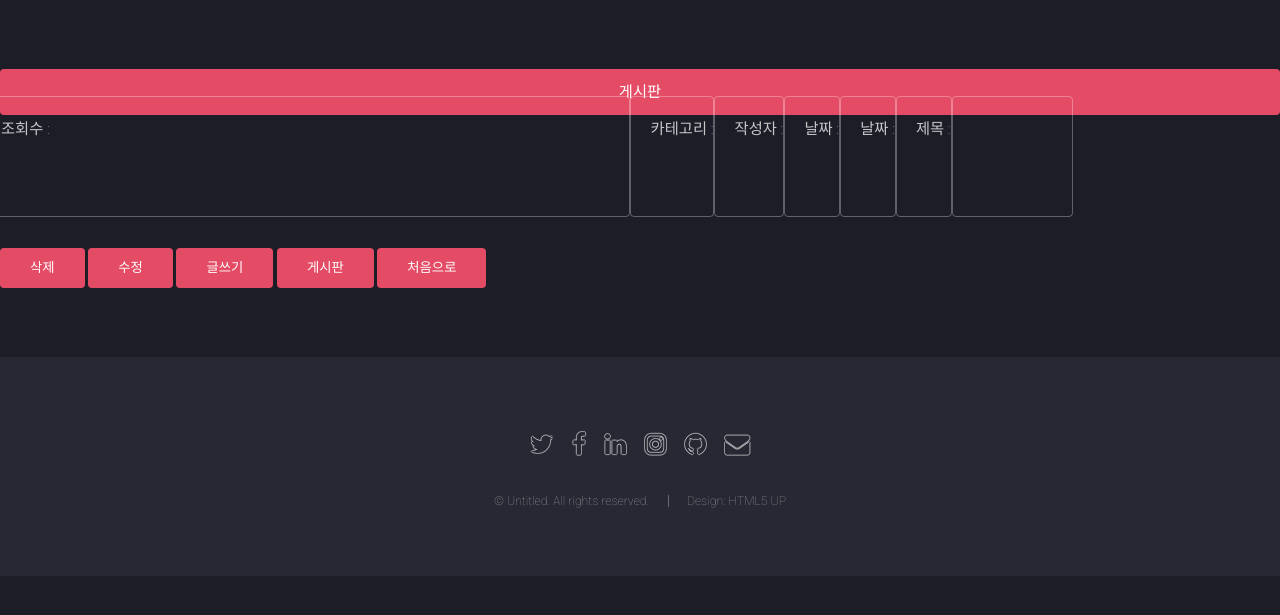
Repository: worMholEamkim/SpringEX
Page: http://localhost/bbs/bbsview.do
These files come from the project's save history. The page is drawn as it stood at one moment and after the next save; the edit follows.
The browser window is 1280 px wide. The pictures show the whole page.
The page is served by Tomcat 9. Other server files are loaded and not shown. Queries for data that is not in the repository find no rows.

Above is the page before, as saved 2019-03-18 01:34:42.

### JSP_WepPage_Server-master.zip_expanded/JSP_WepPage_Server-master/bbs/WebContent/WEB-INF/bbsview.jsp
<%-- <%@ page language="java" contentType="text/html; charset=UTF-8"
	pageEncoding="UTF-8"%>
<%@ taglib prefix="c" uri="http://java.sun.com/jsp/jstl/core"%>

<!DOCTYPE html>
<html lang="en">
<head>
<title>게시판 볼거야 야무지게</title>
<meta charset="utf-8">
		<meta charset="utf-8" />
		<meta name="viewport" content="width=device-width, initial-scale=1, user-scalable=no" />
		<link rel="stylesheet" href="assets/css/main.css" />
</head>
<body class="is-preload">
	<%
		String sessionID = null;
		if (session.getAttribute("sessionID") != null) {
			sessionID = (String) session.getAttribute("sessionID");
		}
	%>
	<div class="table-wrapper">

		<div class="w3-panel">
				<thead>
						<h3 class="button primary fit">게시판</h3>
						<td width=25%>조회수: ${bbsview.bbsHit}</td>
						<td width=25%>카테고리	: ${bbsview.bbsCategory}</td>
						<td width=25%>작성자: ${bbsview.id}</td>
						<td width=25%>날짜: ${bbsview.bbsDate}</td>
					</tr>
				</thead>
				<tbody>
					<tr>
						<td colspan="4">
							<button class="w3-button w3-block w3-button w3-black">제목
								: ${bbsview.bbsTitle}</button>
						</td>
					</tr>

					<tr>
						<td colspan="4">
							<div class="w3-panel">
								<p style="background-color: black; color: white; font-size: 20px; line-height:2; padding: 50px 50px;">
									${bbsview.bbsContent}</p>
							</div>
						</td>
					</tr>
					<tr>
					</tr>
					<tr>
						<td colspan="4">
							<div class="w3-panel">
								<c:forEach var="item" items="${files}" >
									<a href="bbsFile.do?id=${item.fileId}" target="_blank">${item.orgn_File_Nm}
									</a>
								</c:forEach>
							</div>
						</td>
					</tr>

					<tr>
						<td></td>
						<c:choose>
							<c:when test="${bbsview.id ==sessionID}">
								<td>
									<button class="w3-button w3-block w3-button w3-red">

										<a href="bbsdelete.do?id=${bbsview.bbsId}">삭제</a>

									</button>
								</td>
								<td>
									<button class="w3-button w3-block w3-button w3-black">

										<a href="bbsupdate.do?id=${bbsview.bbsId}">수정</a>

									</button>
								</td>
							</c:when>
							<c:otherwise>
								<td>
									<button class="w3-button w3-block w3-button w3-red">
										삭제x</button>
								</td>
								<td>
									<button class="w3-button w3-block w3-button w3-black">
										수정x</button>
								</td>
							</c:otherwise>
						</c:choose>
						<td>
							<button class="w3-button w3-block w3-button w3-indigo">
								<a href='bbsupload2.do'>글쓰기</a>
							</button>
						</td>
					</tr>
				</tbody>
				<tfoot>
					<tr>
						<td>
						</td>

						<td colspan="2">
							<button class="w3-button w3-block w3-button w3-indigo">
								<a href='bbs.do'>게시판</a>
							</button>
						</td>

						<td>
						</td>
					</tr>

					<tr>
						<td colspan="4">
							<button class="w3-button w3-block w3-button w3-black">
								<a href='home.do'>처음으로</a>
							</button>
						</td>
					</tr>
					<tr>
						<td colspan="2"></td>
						<td colspan="2" align="right">
<!-- 							<div style="display: inline-block; width: 100%;"> -->
<!-- 								<form> -->
<!-- 									<input type="text" name="commentContent" -->
<!-- 										style="width: 90%; padding: 12px 20px; margin: 8px 0; box-sizing: border-box; border: 2px solid glay; outline: none;"> -->

<!-- 									<button type="submit" -->
<!-- 										class="w3-button w3-block w3-button w3-red" -->
<!-- 										style="width: 40%;"> -->
										<a href='bbscomment.do?id=${bbsview.bbsId}'>댓글달기</a>
<!-- 									</button> -->
<!-- 								</form> -->
<!-- 							</div> -->
						</td>
					</tr>
				</tfoot>
			</table>
		</div>
	</div>
</body>
</html> --%>
<%@ page language="java" contentType="text/html; charset=UTF-8"
	pageEncoding="UTF-8"%>
<%@ taglib prefix="c" uri="http://java.sun.com/jsp/jstl/core"%>

<!DOCTYPE html>
<html lang="en">
<head>
<title>게시판 볼거야 야무지게</title>
<meta charset="utf-8">
		<meta charset="utf-8" />
		<meta name="viewport" content="width=device-width, initial-scale=1, user-scalable=no" />
		<link rel="stylesheet" href="assets/css/main.css" />
<style>

	box {
		transition: border-color 0.2s ease-in-out;
	    background: transparent;
	    border-radius: 4px;
	    border: solid 1px rgba(255, 255, 255, 0.3);
	    color: inherit;
	    display: block;
	    outline: 0;
	    padding: 10px;
	    margin: 20px;
	    text-decoration: none;
	    width: 100%;

	}
	a {
		color:white;
		text-decoration:none;
		border-bottom-color:transparent;
	}

	bl {
		display:block;

	}
</style>

</head>
<body class="is-preload">
	<%
		String sessionID = null;
		if (session.getAttribute("sessionID") != null) {
			sessionID = (String) session.getAttribute("sessionID");
		}
	%>
	<div class="wrapper style1">


							<section>

								<form>
								<botton class="button primary fit">게시판</botton>
									<div class="row gtr-uniform gtr-50">


										<div class="box col-6">
											조회수 : ${bbsview.bbsHit}
										</div>
										<div class="box">
											카테고리 : ${bbsview.bbsCategory}
										</div>
										<div class="box">
											작성자 : ${bbsview.id}
										</div>
										<div class="box">
											날짜 : ${bbsview.bbsDate}
										</div>
										<div class="box">
											날짜 : ${bbsview.bbsDate}
										</div>
										<div class="box">
											제목 : ${bbsview.bbsTitle}
										</div>
										<blockquote class="box">
										<div class="col-12">
											<p style=" font-size: 20px; line-height:2; padding: 50px 50px;">
										${bbsview.bbsContent}</p>
										</div>
								</blockquote>
										<div class="row">
											<c:forEach var="item" items="${files}" >
												<a href="bbsFile.do?id=${item.fileId}" target="_blank">${item.orgn_File_Nm}
												파일경로</a>
											</c:forEach>
										</div>

									</div>

									<div>
										<c:choose>
											<c:when test="${bbsview.id ==sessionID}">

											<button class="button primary">

												<a href="bbsdelete.do?id=${bbsview.bbsId}">삭제</a>

											</button>


									<button class="button primary">

										<a href="bbsupdate.do?id=${bbsview.bbsId}">수정</a>

									</button>

							</c:when>
							<c:otherwise>

									<button class="button primary">
										삭제x</button>


									<button class="button primary">
										수정x</button>

							</c:otherwise>
						</c:choose>

								</form>
	<td>
							<button class="button primary">
								<a href='bbsupload2.do'>글쓰기</a>
							</button>
						</td>
					</tr>
				</tbody>
				<tfoot>
					<tr>
						<td>
						</td>

						<td colspan="2">
							<button class="button primary">
								<a href='bbs.do'>게시판</a>
							</button>
						</td>

						<td>
						</td>
					</tr>

					<tr>

							<button class="button primary">
								<a href='home.do'>처음으로</a>
							</button>

					</tr>
							</section>


		</div>
				<footer id="footer">
					<ul class="icons">
						<li><a href="#" class="icon alt fa-twitter"><span class="label">Twitter</span></a></li>
						<li><a href="#" class="icon alt fa-facebook"><span class="label">Facebook</span></a></li>
						<li><a href="#" class="icon alt fa-linkedin"><span class="label">LinkedIn</span></a></li>
						<li><a href="#" class="icon alt fa-instagram"><span class="label">Instagram</span></a></li>
						<li><a href="#" class="icon alt fa-github"><span class="label">GitHub</span></a></li>
						<li><a href="#" class="icon alt fa-envelope"><span class="label">Email</span></a></li>
					</ul>
					<ul class="copyright">
						<li>&copy; Untitled. All rights reserved.</li><li>Design: <a href="http://html5up.net">HTML5 UP</a></li>
					</ul>
				</footer>

### JSP_WepPage_Server-master.zip_expanded/JSP_WepPage_Server-master/bbs/src/com/jsp/controller/BbsViewController.java
package com.jsp.controller;

import java.io.IOException;
import java.util.List;

import javax.servlet.RequestDispatcher;
import javax.servlet.ServletException;
import javax.servlet.http.HttpServlet;
import javax.servlet.http.HttpServletRequest;
import javax.servlet.http.HttpServletResponse;

import com.jsp.dao.BbsDao;
import com.jsp.dao.BbsFileDao;
import com.jsp.dto.BbsDto;
import com.jsp.dto.BbsFileDto;

public class BbsViewController extends HttpServlet {

	@Override
	protected void doGet(HttpServletRequest req, HttpServletResponse resp) throws ServletException, IOException {
		process(req, resp);
	}

	@Override
	protected void doPost(HttpServletRequest req, HttpServletResponse resp) throws ServletException, IOException {
		process(req, resp);
	}

	private void process(HttpServletRequest req, HttpServletResponse resp) throws ServletException, IOException {

		// bbsview에서 id에 넘긴 글번호 수가 넘어옴
		String bbsId = req.getParameter("id");
		BbsDao bbsDao = BbsDao.getInstance();
		BbsDto bbsDto = new BbsDto();
		int result = bbsDao.hitUpdate(bbsId);
		bbsDto = bbsDao.selectById(bbsId);
		// bbsId 확인
		//System.out.println("컨트롤러에서 id =" + bbsId);
		// bbsDto 확인
		//System.out.println("컨트롤러에서 " + bbsDto.toString());
		req.setAttribute("bbsview", bbsDto);


		BbsFileDao bbsfDao = BbsFileDao.getInstance();
		List<BbsFileDto> files = bbsfDao.selectByBbsId(bbsId);
		//
		System.out.println("컨트롤러에서 files " + files);
		req.setAttribute("files", files);
		RequestDispatcher rd = req.getRequestDispatcher("/WEB-INF/bbsview.jsp");
		rd.forward(req, resp);
	}
}

### JSP_WepPage_Server-master.zip_expanded/JSP_WepPage_Server-master/bbs/src/com/jsp/dao/BbsDao.java
package com.jsp.dao;

import java.sql.Connection;
import java.sql.DriverManager;
import java.sql.PreparedStatement;
import java.sql.ResultSet;
import java.sql.SQLException;
import java.util.ArrayList;
import java.util.List;

import com.jsp.dto.BbsDto;

public class BbsDao {

	private static BbsDao bbsDao;
	private Connection conn;
	private PreparedStatement pstmt;
	private int result;
	private ResultSet rs;
	private List<BbsDto> bbsList;


	private BbsDao() {
	}



	public static synchronized BbsDao getInstance() {
		if(bbsDao == null) {
			bbsDao = new BbsDao();
	}
		return bbsDao;
	}
	public Connection getConnect() {
		String url = "jdbc:oracle:thin:@localhost:1521:xe";
		String id = "BIG";
		String pw ="1234";
		try {
			Class.forName("core.log.jdbc.driver.OracleDriver");
			conn = DriverManager.getConnection(url, id, pw);

		} catch(ClassNotFoundException e) {
			e.printStackTrace();
		} catch(SQLException e) {
			e.printStackTrace();
		}
		return conn;
	}

	public BbsDto selectById(String id) {

		// id 확인
		//System.out.println("dao에서 id = " + id);
		BbsDto bbsDto = new BbsDto();
		//System.out.println("왜");
		conn = this.getConnect();
		//System.out.println("에러가난거야 쉬뱌ㅠㅠ");

		StringBuffer query = new StringBuffer();
		query.append("SELECT *");
		query.append(" FROM BBS");
		query.append(" WHERE BBSID=? ");

		try {
			//System.out.println("양심적으로 try문은 들어가야지?");
			pstmt = conn.prepareStatement(query.toString());
			pstmt.setString(1, id);

			//System.out.println("설마 여긴가?");
			rs = pstmt.executeQuery();
			// rs 확인
			//System.out.println("dao에서 " + rs);
			while (rs.next()) {

				bbsDto.setId(rs.getString("ID"));
				bbsDto.setBbsId(rs.getString("BBSID"));
				bbsDto.setBbsTitle(rs.getString("BBSTITLE"));
				bbsDto.setBbsDate(rs.getString("BBSDATE"));
				bbsDto.setBbsCategory(rs.getString("BBSCATEGORY"));
				bbsDto.setBbsContent(rs.getString("BBSCONTENT"));
				bbsDto.setBbsHit(rs.getString("BBSHIT"));
				//System.out.println(bbsDto.toString());
			}
		} catch (SQLException e) {

		} finally {
			this.close(conn, pstmt, null);
		}
		return bbsDto;
	}


	public BbsDto selectBeforeById(String id) {

		BbsDto bbsDto = new BbsDto();
		conn = this.getConnect();
		StringBuffer query = new StringBuffer();

		query.append("SELECT * FROM BBS WHERE BBSID IN ");
		query.append(" ((SELECT MAX(BBSID) FROM BBS ");
		query.append(" WHERE BBSID < ? ))");
		try {
			pstmt = conn.prepareStatement(query.toString());
			pstmt.setString(1, id);
			rs = pstmt.executeQuery();

			while(rs.next()) {
				bbsDto.setId(rs.getString("ID"));
				bbsDto.setBbsId(rs.getString("BBSID"));
				bbsDto.setBbsTitle(rs.getString("BBSTITLE"));
				bbsDto.setBbsDate(rs.getString("BBSDATE"));
				bbsDto.setBbsCategory(rs.getString("BBSCATEGORY"));
				bbsDto.setBbsContent(rs.getString("BBSCONTENT"));
				bbsDto.setBbsHit(rs.getString("BBSHIT"));
			}
		} catch (SQLException e) {

		} finally {
			this.close(conn, pstmt, null);
		}
		return bbsDto;
	}


	public BbsDto selectAfterById(String id) {

		BbsDto	bbsDto = new BbsDto();
		conn = this.getConnect();
		StringBuffer query = new StringBuffer();

		query.append("SELECT * FROM BBS WHERE BBSID IN ");
		query.append(" ((SELECT MIN(BBSID) FROM BBS ");
		query.append(" WHERE BBSID > ? )) ");
		try {
			pstmt = conn.prepareStatement(query.toString());
			pstmt.setString(1, id);
			rs = pstmt.executeQuery();

			while(rs.next()) {
				bbsDto.setId(rs.getString("ID"));
				bbsDto.setBbsId(rs.getString("BBSID"));
				bbsDto.setBbsTitle(rs.getString("BBSTITLE"));
				bbsDto.setBbsDate(rs.getString("BBSDATE"));
				bbsDto.setBbsCategory(rs.getString("BBSCATEGORY"));
				bbsDto.setBbsContent(rs.getString("BBSCONTENT"));
				bbsDto.setBbsHit(rs.getString("BBSHIT"));
			}
		} catch (SQLException e) {

		} finally {
			this.close(conn, pstmt, null);
		}
		return bbsDto;
	}


	public int hitUpdate(String id) {

		conn = this.getConnect();
		StringBuffer query = new StringBuffer();
		query.append("UPDATE BBS SET BBSHIT = BBSHIT +1 WHERE BBSID=?");
			try {
				pstmt = conn.prepareStatement(query.toString());
				pstmt.setString(1, id);
				result = pstmt.executeUpdate();
			} catch(SQLException e1) {
	}
			finally {
				this.close(conn, pstmt, null);
			}
			return result;
	}

	public int hitUpdate(Connection conn, String id) {

			conn = this.getConnect();
			StringBuffer query = new StringBuffer();
			query.append("UPDATE BBS SET BBSHIT = BBSHIT +1 WHERE BBSID=?");
				try {
					pstmt = conn.prepareStatement(query.toString());
					pstmt.setString(1, id);
					result = pstmt.executeUpdate();
				} catch(SQLException e1) {
		}
				finally {
					this.close(conn, pstmt, null);
				}
				return result;
		}



	public int update(BbsDto bbsDto) {

		conn = this.getConnect();
		StringBuffer query = new StringBuffer();
		query.append("UPDATE BBS SET ");
		query.append(" BBTITLE=?, BBSCATEGORY=?, BBSCONTENT=?");
		query.append(" WHERE BBSID=?");
			try {
				pstmt = conn.prepareStatement(query.toString());
				pstmt.setString(1, bbsDto.getBbsTitle());
				pstmt.setString(2, bbsDto.getBbsCategory());
				pstmt.setString(3, bbsDto.getBbsContent());
				pstmt.setString(4, bbsDto.getBbsId());

				result = pstmt.executeUpdate();
			} catch (SQLException e1) {

			} finally {
				this.close(conn, pstmt, null);
			}
			return result;
	}


	public int insert(BbsDto bbsDto) {

		conn = this.getConnect();
		StringBuffer query = new StringBuffer();
		query.append("INSERT INTO BBS(BBSID, ID, BBSTITLE, BBSDATE, BBSCATEGORY, BBSCONTENT, BBSHIT)");
		query.append(" VALUES (bbs_seq.nextval ,? ,? ,sysdate,? ,? ,0 )");

		try {
			pstmt = conn.prepareStatement(query.toString());
			pstmt.setString(1, bbsDto.getId());
			pstmt.setString(2, bbsDto.getBbsTitle());
			pstmt.setString(3, bbsDto.getBbsCategory());
			pstmt.setString(4, bbsDto.getBbsContent());

			result = pstmt.executeUpdate();

		} catch (SQLException e) {
			e.printStackTrace();
		} finally {
			this.close(conn, pstmt, null);
		}
		return result;
	}


	public int insertOracle(BbsDto bbsDto) {

		conn = this.getConnect();
		StringBuffer query = new StringBuffer();
		query.append("INSERT INTO BBS(BBSID, ID, BBSTITLE, BBSDATE, BBSCATEGORY, BBSCONTENT, BBSHIT)");
		query.append(" VALUES(BBS_SEQ.BEXTVAL, ? ,? ,NOW(), ?, ?, 0 )");

		try {
			pstmt = conn.prepareStatement(query.toString());
			pstmt.setString(1,  bbsDto.getId());
			pstmt.setString(2,  bbsDto.getBbsTitle());
			pstmt.setString(3,  bbsDto.getBbsCategory());
			pstmt.setString(4,  bbsDto.getBbsContent());

			result = pstmt.executeUpdate();
		} catch (SQLException e) {
			e.printStackTrace();
		} finally {
			this.close(conn, pstmt, null);
		}
		return result;
	}


	public List<BbsDto> selectAll(int startNum, int perpage) {
		bbsList = new ArrayList<>();
		conn = this.getConnect();
		StringBuffer query = new StringBuffer();
		query.append("SELECT T2.*");
		query.append("	FROM (SELECT ROWNUM R2, T.*");
		query.append("	FROM (SELECT BBSID, ID, substr(BBSTITLE, 1, 10) BBSTITLE, BBSDATE,");
		query.append("BBSCATEGORY, substr(BBSCONTENT, 1, 15) BBSCONTENT, BBSHIT ");
		query.append(" FROM BBS ORDER BY BBSID DESC ) T) T2 ");
		query.append("WHERE T2.R2 BETWEEN ? AND ?");

		try {
			pstmt = conn.prepareStatement(query.toString());
			pstmt.setInt(1, startNum - 1);
			pstmt.setInt(2, perpage);


			rs = pstmt.executeQuery();
			while (rs.next()) {
				BbsDto bbsDto = new BbsDto();

				bbsDto.setId(rs.getString("ID"));
				bbsDto.setBbsId(rs.getString("BBSID"));
				bbsDto.setBbsTitle(rs.getString("BBSTITLE"));
				bbsDto.setBbsDate(rs.getString("BBSDATE"));
				bbsDto.setBbsCategory(rs.getString("BBSCATEGORY"));
				bbsDto.setBbsContent(rs.getString("BBSCONTENT"));
				bbsDto.setBbsHit(rs.getString("BBSHIT"));

				bbsList.add(bbsDto);
			}
			} catch(SQLException e) {
				e.printStackTrace();
		}	return bbsList;
}


	public int delete(int id) {

		conn = this.getConnect();
		StringBuffer query = new StringBuffer();

		try {

			query.append("DELETE FROM BBS");
			query.append(" WHERE BBSID = ?");
			pstmt = conn.prepareStatement(query.toString());
			pstmt.setInt(1,  id);
			int result = pstmt.executeUpdate();

			return result;
		} catch (SQLException e) {
			e.printStackTrace();
		} finally {
			this.close(conn, pstmt, null);
		}
		return -1;
	}



	public int getTotalCount() {

		conn = this.getConnect();
		StringBuffer query = new StringBuffer();
		query.append("SELECT count(*)");
		query.append(" FROM BBS");

		try {
			pstmt = conn.prepareStatement(query.toString());
			rs = pstmt.executeQuery();

			if(rs.next()) {
				return rs.getInt("count(*)");
			}
		} catch (SQLException e) {
			e.printStackTrace();
		} finally {
			this.close(conn, pstmt, rs);
		}
		return -1;
	}


	public void close(Connection conn, PreparedStatement stmt, ResultSet rs) {
		if (rs != null) {
			try {
				rs.close();
			} catch (SQLException e) {
			}
		}
		if (stmt != null) {
			try {
				stmt.close();
			} catch (SQLException e) {
			}
		}
		if (conn != null) {
			try {
				conn.close();
			} catch (SQLException e) {
			}
		}
	}

	public static void main(String[] args) {
		BbsDao mDao = BbsDao.getInstance();
	}


}

### JSP_WepPage_Server-master.zip_expanded/JSP_WepPage_Server-master/bbs/src/com/jsp/dto/BbsDto.java
package com.jsp.dto;

public class BbsDto {

	private String id;
	private String bbsId;
	private String bbsTitle;
	private String bbsDate;
	private String bbsCategory;
	private String bbsContent;
	private String bbsHit;

	public String getId() {
		return id;
	}
	public void setId(String id) {
		this.id = id;
	}
	public String getBbsId() {
		return bbsId;
	}
	public void setBbsId(String bbsId) {
		this.bbsId = bbsId;
	}
	public String getBbsTitle() {
		return bbsTitle;
	}
	public void setBbsTitle(String bbsTitle) {
		this.bbsTitle = bbsTitle;
	}
	public String getBbsDate() {
		return bbsDate;
	}
	public void setBbsDate(String bbsDate) {
		this.bbsDate = bbsDate;
	}
	public String getBbsCategory() {
		return bbsCategory;
	}
	public void setBbsCategory(String bbsCategory) {
		this.bbsCategory = bbsCategory;
	}
	public String getBbsContent() {
		return bbsContent;
	}
	public void setBbsContent(String bbsContent) {
		this.bbsContent = bbsContent;
	}
	public String getBbsHit() {
		return bbsHit;
	}
	public void setBbsHit(String bbsHit) {
		this.bbsHit = bbsHit;
	}
	@Override
	public String toString() {
		return "BbsDto [id=" + id + ", bbsId=" + bbsId + ", bbsTitle=" + bbsTitle + ", bbsDate=" + bbsDate
				+ ", bbsCategory=" + bbsCategory + ", bbsContent=" + bbsContent + ", bbsHit=" + bbsHit + "]";
	}

}

### JSP_WepPage_Server-master.zip_expanded/JSP_WepPage_Server-master/bbs/src/com/jsp/dao/BbsFileDao.java
package com.jsp.dao;

import java.sql.Connection;
import java.sql.DriverManager;
import java.sql.PreparedStatement;
import java.sql.ResultSet;
import java.sql.SQLException;
import java.util.ArrayList;
import java.util.List;
import java.util.Map;

import com.jsp.dto.BbsFileDto;

public class BbsFileDao {

	private static BbsFileDao bbsfDao;
	private Connection conn;
	private PreparedStatement pstmt;
	private int result;
	private ResultSet rs;
	//Map<String, Object> map;
	private List<BbsFileDto> bbsfList;
	private ArrayList fileIdList;


	private BbsFileDao() {

	}

	public static synchronized BbsFileDao getInstance() {
		if(bbsfDao == null) {
			bbsfDao = new BbsFileDao();
		}
		return bbsfDao;
	}

	public Connection getConnect() {
		String url = "jdbc:oracle:thin:@localhost:1521:xe";
		String id = "BIG";
		String pw = "1234";
		try {
			Class.forName("core.log.jdbc.driver.OracleDriver");
			conn = DriverManager.getConnection(url, id, pw);
		} catch(ClassNotFoundException e) {
			e.printStackTrace();
		} catch(SQLException e) {
			e.printStackTrace();
		}
		return conn;
	}



	public List<BbsFileDto> selectByBbsId(String bbsid) {
		System.out.println("야 갓재?");
		conn = this.getConnect();

		StringBuffer query = new StringBuffer();
		query.append("SELECT *");
		query.append(" FROM BBS_FILE");
		query.append(" WHERE BBSID=?");
		System.out.println("쿼리확인");
		try {
			pstmt = conn.prepareStatement(query.toString());
			pstmt.setString(1, bbsid);
			rs = pstmt.executeQuery();
			bbsfList = new ArrayList<>();

			while (rs.next()) {
				BbsFileDto bbsfDto = new BbsFileDto();
				bbsfDto.setFileId(rs.getString("FILEID"));
				bbsfDto.setOrgn_File_Nm(rs.getString("ORGN_FILE_NM"));
				// bbsfDto 확인
				System.out.println("filedao에서 bbsfdto" + bbsfDto);
				bbsfList.add(bbsfDto);

			}

		} catch (SQLException e) {

		} finally {
			this.close(conn, pstmt, null);
		}
		return bbsfList;
	}

	public String selectById(String fileId) {

		String bbsFile="";
		conn = this.getConnect();
		StringBuffer query = new StringBuffer();
		query.append("SELECT SAVE_FILE_NM");
		query.append("	FROM BBS_FILE");
		query.append("	WHERE FILEID=?");
		try {
			pstmt = conn.prepareStatement(query.toString());
			pstmt.setString(1,  fileId);
			rs = pstmt.executeQuery();

			if(rs.next()) {
				bbsFile = rs.getString("SAVE_FILE_NM");
			}
		} catch (SQLException e) {

		} finally {
			this.close(conn, pstmt, null);
		}
		return bbsFile;
	}

	public int delete(int id) {

			conn = this.getConnect();
			StringBuffer query = new StringBuffer();

			try {

				query.append("DELETE FROM BBS_FILE");
				query.append("	WHERE BBSID = ?");
				pstmt = conn.prepareStatement(query.toString());
				pstmt.setInt(1, id);
				int result = pstmt.executeUpdate();
				return result;
			} catch (SQLException e) {
				e.printStackTrace();
			} finally {
				this.close(conn, pstmt, null);
			}
			return -1;
		}

	public void close(Connection conn, PreparedStatement stmt, ResultSet rs) {
		if (rs != null) {
			try {
				rs.close();
			} catch (SQLException e) {
			}
		}
		if (stmt != null) {
			try {
				stmt.close();
			} catch (SQLException e) {
			}
		}
		if (conn != null) {
			try {
				conn.close();
			} catch (SQLException e) {
			}
		}
	}



}

Loaded but not shown: JSP_WepPage_Server-master.zip_expanded/JSP_WepPage_Server-master/bbs/WebContent/assets/css/font-awesome.min.css (library); JSP_WepPage_Server-master.zip_expanded/JSP_WepPage_Server-master/bbs/WebContent/assets/css/main.css (4070 lines, source omitted)

After the next save:
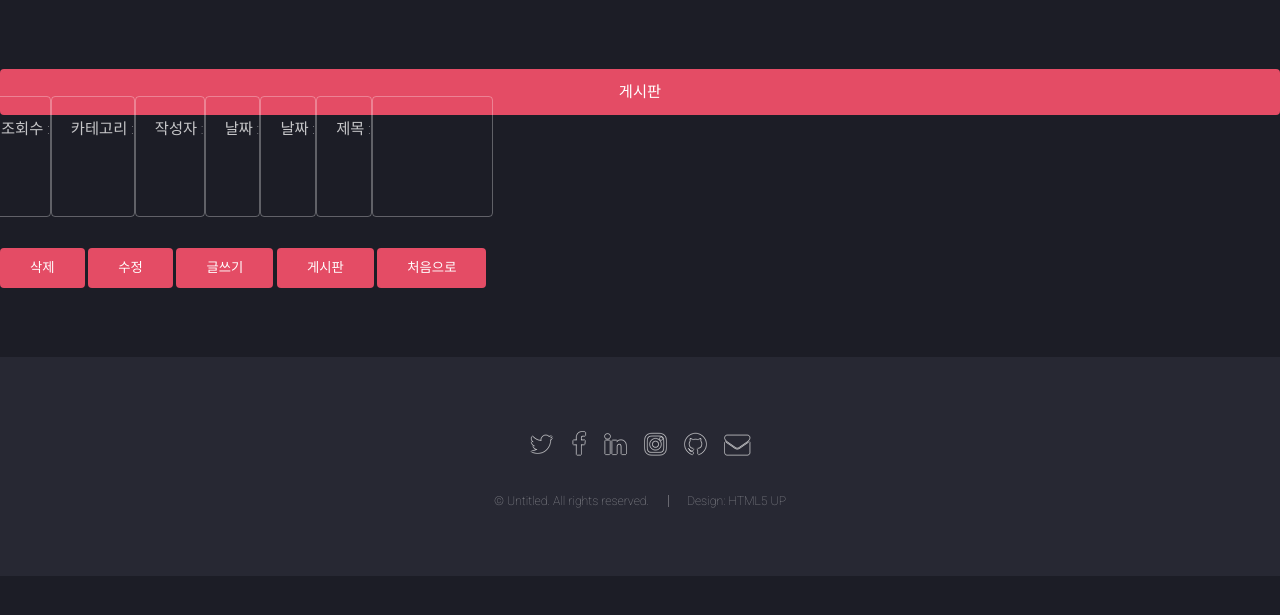
Saved 72 s later.
--- a/JSP_WepPage_Server-master.zip_expanded/JSP_WepPage_Server-master/bbs/WebContent/WEB-INF/bbsview.jsp
+++ b/JSP_WepPage_Server-master.zip_expanded/JSP_WepPage_Server-master/bbs/WebContent/WEB-INF/bbsview.jsp
@@ -198,7 +198,7 @@
 									<div class="row gtr-uniform gtr-50">
 
 
-										<div class="box col-6">
+										<div class="box">
 											조회수 : ${bbsview.bbsHit}
 										</div>
 										<div class="box">
